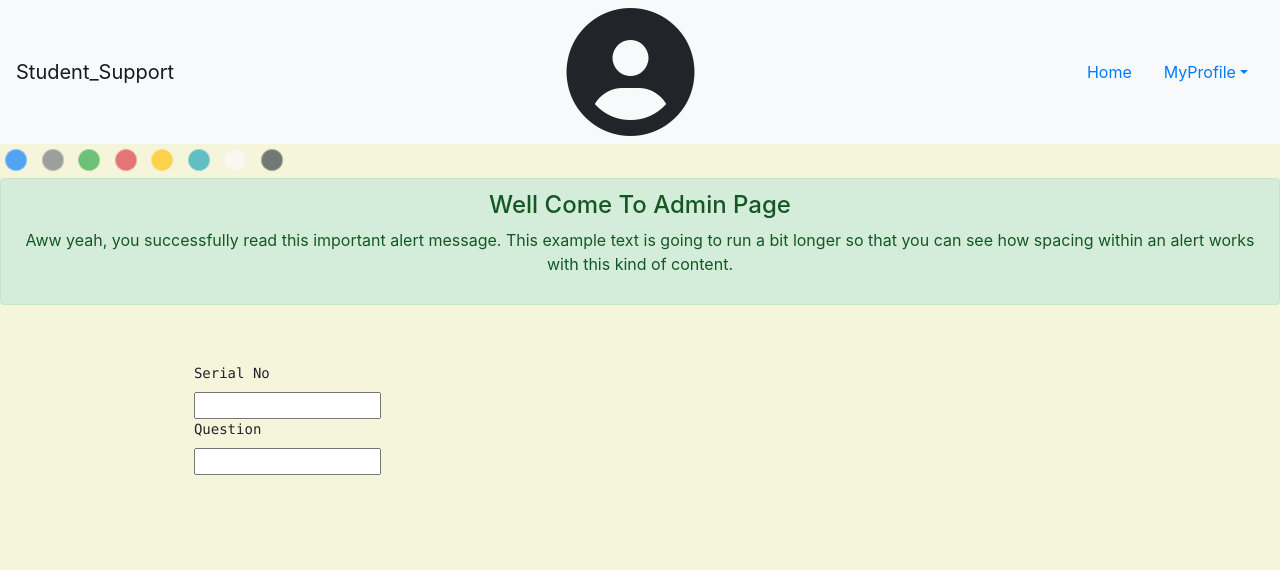
Repository: FeelHack/STUDENT-EXAMINATION-SYSTEM
Page: http://localhost/Exam_System/Admin/Math.jsp
An editor plug-in stored every save of this project. The page is shown before and after the next save, followed by the edit.
The browser window is 1280 px wide. The pictures show the whole page.
Some web libraries are served in a nearby version. The page is served by Tomcat 9. Other server files are loaded and not shown.

Above is the page before, as saved 2020-03-10 17:15:11.

### Exam System/WebContent/Admin/Math.jsp
<%@ page language="java" contentType="text/html; charset=UTF-8"
    pageEncoding="UTF-8"%>

 <!doctype html>
<html lang="en">
  <head>

    <meta charset="utf-8">
    <meta name="viewport" content="width=device-width, initial-scale=1, shrink-to-fit=no">

    <!-- Bootstrap CSS -->
    <link rel="stylesheet" href="https://stackpath.bootstrapcdn.com/bootstrap/4.4.1/css/bootstrap.min.css" integrity="sha384-Vkoo8x4CGsO3+Hhxv8T/Q5PaXtkKtu6ug5TOeNV6gBiFeWPGFN9MuhOf23Q9Ifjh" crossorigin="anonymous">
    <!-- Optional JavaScript -->
    <!-- jQuery first, then Popper.js, then Bootstrap JS -->
    <script src="https://code.jquery.com/jquery-3.4.1.slim.min.js" integrity="sha384-J6qa4849blE2+poT4WnyKhv5vZF5SrPo0iEjwBvKU7imGFAV0wwj1yYfoRSJoZ+n" crossorigin="anonymous"></script>
    <script src="https://cdn.jsdelivr.net/npm/popper.js@1.16.0/dist/umd/popper.min.js" integrity="sha384-Q6E9RHvbIyZFJoft+2mJbHaEWldlvI9IOYy5n3zV9zzTtmI3UksdQRVvoxMfooAo" crossorigin="anonymous"></script>
    <script src="https://stackpath.bootstrapcdn.com/bootstrap/4.4.1/js/bootstrap.min.js" integrity="sha384-wfSDF2E50Y2D1uUdj0O3uMBJnjuUD4Ih7YwaYd1iqfktj0Uod8GCExl3Og8ifwB6" crossorigin="anonymous"></script>
    <script src="https://kit.fontawesome.com/1737af4a09.js" crossorigin="anonymous"></script>

  </head>


  <body style="background-color: beige;">
    <nav id="navbar-example2" class="navbar navbar-light bg-light">
        <a class="navbar-brand" href="admin.jsp">Student_Support</a>

        <i class="fas fa-user-circle fa-8x" style="text-align: center;"></i>
        <ul class="nav nav-pills">
          <li class="nav-item">
            <a class="nav-link" href="admin.jsp">Home</a>
          </li>
          <li class="nav-item dropdown">
            <a class="nav-link dropdown-toggle" data-toggle="dropdown" href="#" role="button" aria-haspopup="true" aria-expanded="false">MyProfile</a>
            <div class="dropdown-menu">
              <a class="dropdown-item" href="#one">View Profile</a>
              <a class="dropdown-item" href="#two">Edit My Profile</a>
              <div role="separator" class="dropdown-divider"></div>
              <a class="dropdown-item" href="../logout.jsp">Signout</a>
            </div>
          </li>
        </ul>
      </nav>


      <div class="spinner-grow text-primary" role="status">
        <span class="sr-only">Loading...</span>
      </div>
      <div class="spinner-grow text-secondary" role="status">
        <span class="sr-only">Loading...</span>
      </div>
      <div class="spinner-grow text-success" role="status">
        <span class="sr-only">Loading...</span>
      </div>
      <div class="spinner-grow text-danger" role="status">
        <span class="sr-only">Loading...</span>
      </div>
      <div class="spinner-grow text-warning" role="status">
        <span class="sr-only">Loading...</span>
      </div>
      <div class="spinner-grow text-info" role="status">
        <span class="sr-only">Loading...</span>
      </div>
      <div class="spinner-grow text-light" role="status">
        <span class="sr-only">Loading...</span>
      </div>
      <div class="spinner-grow text-dark" role="status">
        <span class="sr-only">Loading...</span>
      </div>

  </div>
      </div>
      <div class="alert alert-success" role="alert" style="text-align: center;">
        <h4 class="alert-heading">Well Come To Admin Page</h4>
        <p>Aww yeah, you successfully read this important alert message. This example text is going to run a bit longer so that you can see how spacing within an alert works with this kind of content.</p>
      </div>



           <pre>
                 <form action="" method="post">
                       <label>Serial No</label>
                       <input type="text" name="Sl">
                       <label>Question</label>
                       <input type="text">
                       <label></label>
                 </form>
           </pre>


      </body>
      </html>

After the next save:
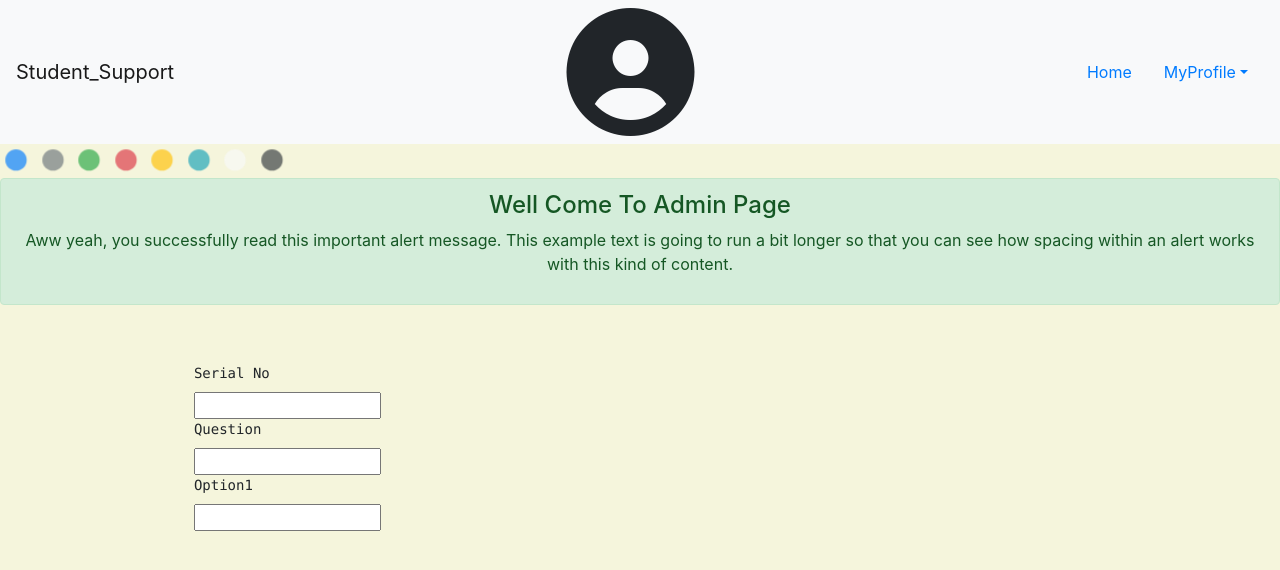
Saved 24 s later.
--- a/Exam System/WebContent/Admin/Math.jsp
+++ b/Exam System/WebContent/Admin/Math.jsp
@@ -82,7 +82,9 @@
                        <input type="text" name="Sl">
                        <label>Question</label>
                        <input type="text">
-                       <label></label>
+                       <label>Option1</label>
+                       <input type="text">
+
                  </form>
            </pre>
 
